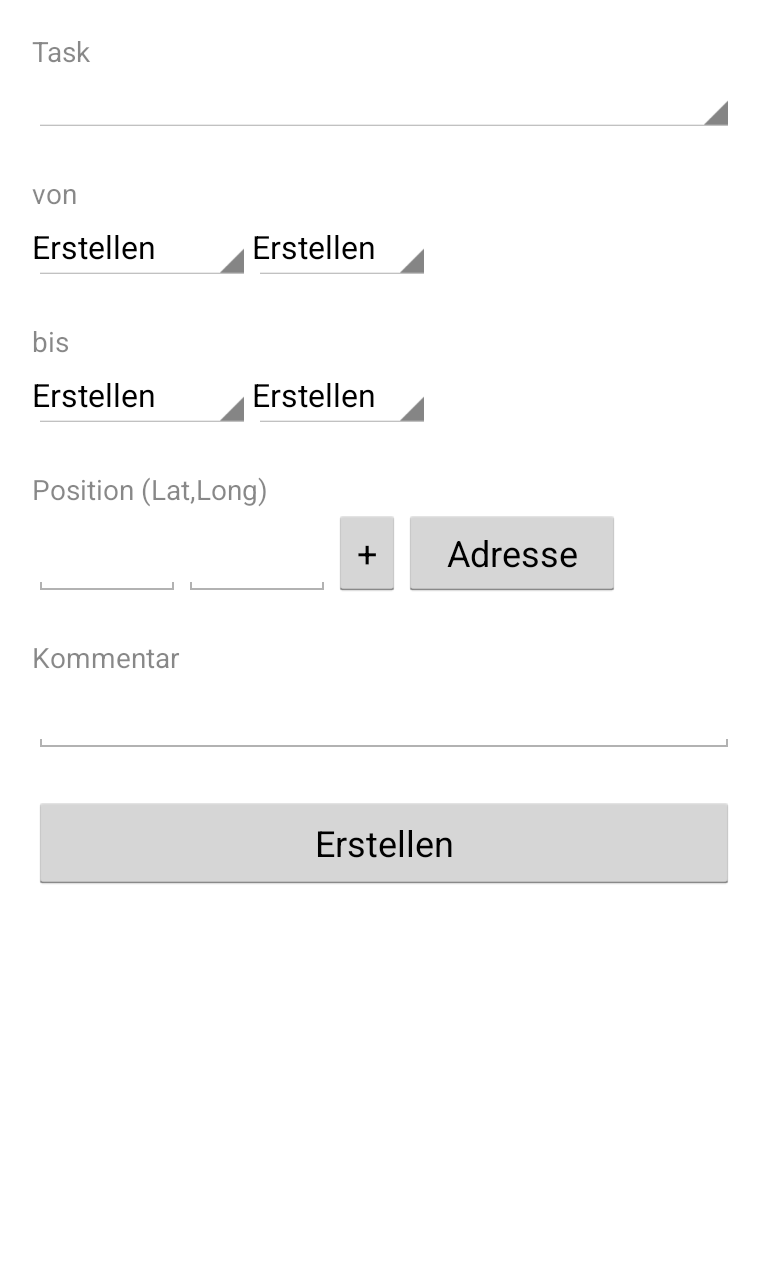
Repository: floriandrs/ttracker
Layout: TTracker/res/layout/activity_create_new_track.xml
An editor plug-in stored every save of this project. The layout is shown before and after the next save, followed by the edit.
It is drawn on a 768 x 1280 px phone screen (xhdpi) without system bars, with theme AppTheme; the app's code is not run.

Above is the layout before, as saved 2015-02-25 19:49:29.

### TTracker/res/layout/activity_create_new_track.xml
<RelativeLayout xmlns:android="http://schemas.android.com/apk/res/android"
    xmlns:tools="http://schemas.android.com/tools"
    android:layout_width="match_parent"
    android:layout_height="match_parent"
    android:paddingBottom="@dimen/activity_vertical_margin"
    android:paddingLeft="@dimen/activity_horizontal_margin"
    android:paddingRight="@dimen/activity_horizontal_margin"
    android:paddingTop="@dimen/activity_vertical_margin"
    tools:context="com.slart.ttracker.activitiy.EditTrackActivity" >

    <TextView
        android:id="@+id/trackLabel"
        android:text="@string/track"
        style="@style/FormLabel"
        android:layout_marginTop="0dp" />

    <Spinner
        android:id="@+id/track"
        android:layout_width="match_parent"
        android:layout_height="wrap_content"
        android:layout_below="@id/trackLabel" />

    <TextView
        android:id="@+id/startLabel"
        android:layout_below="@id/track"
        android:text="@string/from"
        style="@style/FormLabel" />

    <Button
        android:id="@+id/startDate"
        android:layout_width="110dp"
        android:layout_height="35dp"
        android:layout_below="@id/startLabel"
        style="?android:attr/spinnerStyle"
        android:text="@string/create"
        android:onClick="setStartDate" />

    <Button
        android:id="@+id/startTime"
        android:layout_width="90dp"
        android:layout_height="35dp"
        android:layout_below="@id/startLabel"
        android:layout_toRightOf="@id/startDate"
        style="?android:attr/spinnerStyle"
        android:text="@string/create"
        android:onClick="setStartTime" />

    <TextView
        android:id="@+id/endLabel"
        android:layout_below="@id/startTime"
        android:text="@string/to"
        style="@style/FormLabel" />


    <Button
        android:id="@+id/endDate"
        android:layout_width="110dp"
        android:layout_height="35dp"
        android:layout_below="@id/endLabel"
        style="?android:attr/spinnerStyle"
        android:text="@string/create"
        android:onClick="setEndDate" />

    <Button
        android:id="@+id/endTime"
        android:layout_width="90dp"
        android:layout_height="35dp"
        android:layout_below="@id/endLabel"
        android:layout_toRightOf="@id/endDate"
        style="?android:attr/spinnerStyle"
        android:text="@string/create"
        android:onClick="setEndTime" />

    <TextView
        android:id="@+id/locationLabel"
        android:layout_below="@id/endTime"
        android:text="@string/location"
        style="@style/FormLabel" />

    <EditText
        android:id="@+id/lat"
        android:layout_width="75dp"
        android:layout_height="45dp"
        android:layout_below="@id/locationLabel" />

    <EditText
        android:id="@+id/lon"
        android:layout_width="75dp"
        android:layout_height="45dp"
        android:layout_below="@id/locationLabel"
        android:layout_toRightOf="@id/lat" />

    <Button
        android:id="@+id/locationButton"
        android:layout_width="35dp"
        android:layout_height="45dp"
        android:layout_below="@id/locationLabel"
        android:text="@string/location_update"
        android:onClick="onLocationUpdateButtonClick"
        android:layout_toRightOf="@id/lon" />

    <Button
        android:id="@+id/georefButton"
        android:layout_width="110dp"
        android:layout_height="45dp"
        android:layout_below="@id/locationLabel"
        android:text="@string/georef"
        android:onClick="onGeorefButtonClick"
        android:layout_toRightOf="@id/locationButton" />

    <TextView
        android:id="@+id/commentLabel"
        android:layout_below="@id/locationButton"
        android:text="@string/comment"
        style="@style/FormLabel" />

    <EditText
        android:id="@+id/comment"
        android:layout_below="@id/commentLabel"
        style="@style/FormWidthHeight" />

	<Button
        android:id="@+id/enter"
		android:layout_alignParentRight="true"
        android:layout_below="@id/comment"
        style="@style/FormTopMargin"
        android:text="@string/create"
        android:onClick="onCreateNewTrack" />


</RelativeLayout>

### TTracker/res/values/styles.xml
<resources>

    <!--
        Base application theme, dependent on API level. This theme is replaced
        by AppBaseTheme from res/values-vXX/styles.xml on newer devices.
    -->
    <style name="AppBaseTheme" parent="android:Theme.Light">
        <!--
            Theme customizations available in newer API levels can go in
            res/values-vXX/styles.xml, while customizations related to
            backward-compatibility can go here.
        -->
    </style>

    <!-- Application theme. -->
    <style name="AppTheme" parent="AppBaseTheme">
        <!-- All customizations that are NOT specific to a particular API-level can go here. -->
    </style>


    <style name="FormWidthHeight">
        <item name="android:layout_width">match_parent</item>
        <item name="android:layout_height">wrap_content</item>
    </style>

    <style name="FormTopMargin" parent="@style/FormWidthHeight">
        <item name="android:layout_marginTop">20dp</item>
    </style>

    <style name="FormLabel" parent="@style/FormTopMargin">
        <item name="android:textColor">#77000000</item>
        <item name="android:textSize">14dp</item>
    </style>

</resources>

### TTracker/res/values/strings.xml
<?xml version="1.0" encoding="utf-8"?>
<resources>

    <string name="app_name">TTracker</string>
    <string name="action_settings">Settings</string>
    <string name="hello_world">Hello world!</string>
    <string name="hello_blank_fragment">Hello blank fragment</string>
    <string name="title_activity_view_all_tracks">ViewAllTracksActivity</string>
    <string name="title_activity_edit_track">Neue Aktivitaet anlegen</string>
    <string name="title_activity_stats">StatsActivity</string>
    <string name="title_activity_stats_simple">StatsSimple</string>
    <string name="title_activity_stats_average">StatsAverageActivity</string>
    <string name="main_open_create_new_track_label">Start new</string>
    <string name="open_view_all">Track-Liste öffnen</string>
    <string name="open_time_filter_stats">Tracks pro Zeitraum</string>
    <string name="open_activity_stats">Analyse</string>
    <string name="open_activity_stats_simple">Summen pro Kategorie</string>
    <string name="open_activity_stats_average">Durchschnitt pro Kategorie</string>
    <string name="open_activity_view_all_categories">Kategorien verwalten</string>
    <string name="open_create_new_track">Neuen Track starten</string>
    <string name="close_current_track">Aktiven Track stoppen</string>
    <string name="update_current_track">Aktiven Track editieren</string>
    <string name="current_track_label">Aktiver Track:</string>
    <string name="create">Erstellen</string>
    <string name="created_category">Neue Kategorie wurde erstellt: </string>
    <string name="category_already_exists">Kategorie existiert bereits: </string>
    <string name="add">Hinzufügen</string>
    <string name="delete">Löschen</string>
    <string name="update">Aktualisieren</string>
    <string name="location_update">+</string>
    <string name="georef">Adresse</string>
    <string name="now">jetzt</string>
    <string name="today">heute</string>
    <string name="since">seit</string>
    <string name="empty">-</string>
    <string name="none">Kein aktiver Track</string>
    <string name="location">Position (Lat,Long)</string>
    <string name="comment">Kommentar</string>
    <string name="track">Task</string>
    <string name="from">von</string>
    <string name="to">bis</string>
    <string name="started_new_track">Neuer Track gestartet:</string>
    <string name="updated_track">Track aktualisiert:</string>
    <string name="update_track">Bearbeiten</string>
    <string name="delete_track">Löschen</string>
    <string name="export_track_to_calendar">Export an Kalender</string>
    <string name="view_track_in_map">In Karte ansehen</string>

    <string name="no_network">Keine Netzwerkverbindung!</string>
    <string name="address_lookup_start">Adresse wird georeferenziert...</string>
    <string name="lat_or_lon_must_be_set">Lat und Lon müssen ausgefüllt sein</string>
    <string name="address_lookup_finish">Adresse gefunden</string>
    <string name="invalid_geocoding_result">Adresse konnte nicht verarbeitet werden</string>
    <string name="web_error">Fehler beim laden der Seite</string>

    <string name="category_name">Kategorie-Name</string>

    <string-array name="tracks_array">
        <item>Programmieren</item>
        <item>Meeting</item>
        <item>Testing</item>
    </string-array>

    <string name="title_activity_edit_categories">EditCategoriesActivity</string>
    <string name="title_activity_edit_category">EditCategoryActivity</string>
    <string name="title_activity_view_all_categories">ViewAllCategoriesActivity</string>

</resources>

Loaded but not shown: TTracker/res/values-v11/styles.xml (common file); TTracker/res/values-v14/styles.xml (common file); TTracker/res/values/dimens.xml (common file); TTracker/res/values-w820dp/dimens.xml (common file)

After the next save:
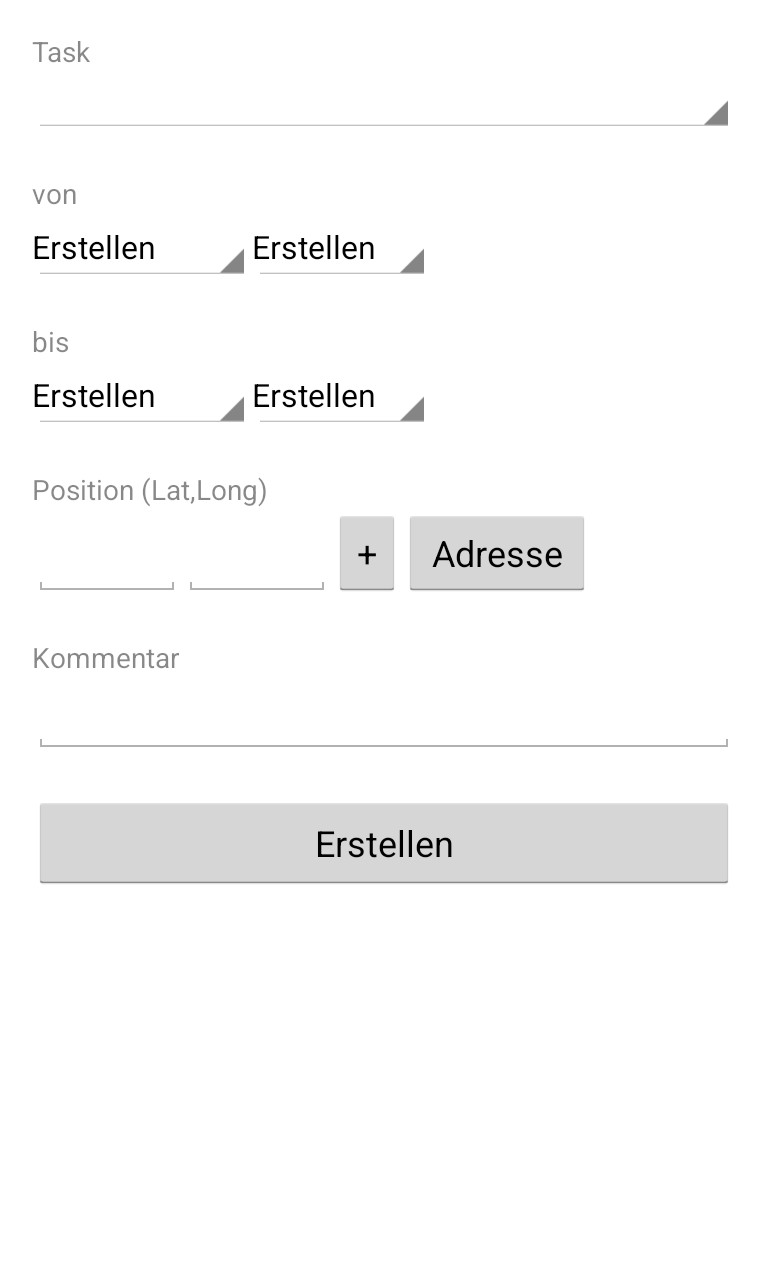
Saved 32 s later.
--- a/TTracker/res/layout/activity_create_new_track.xml
+++ b/TTracker/res/layout/activity_create_new_track.xml
@@ -101,7 +101,7 @@
 
     <Button
         android:id="@+id/georefButton"
-        android:layout_width="110dp"
+        android:layout_width="95dp"
         android:layout_height="45dp"
         android:layout_below="@id/locationLabel"
         android:text="@string/georef"
